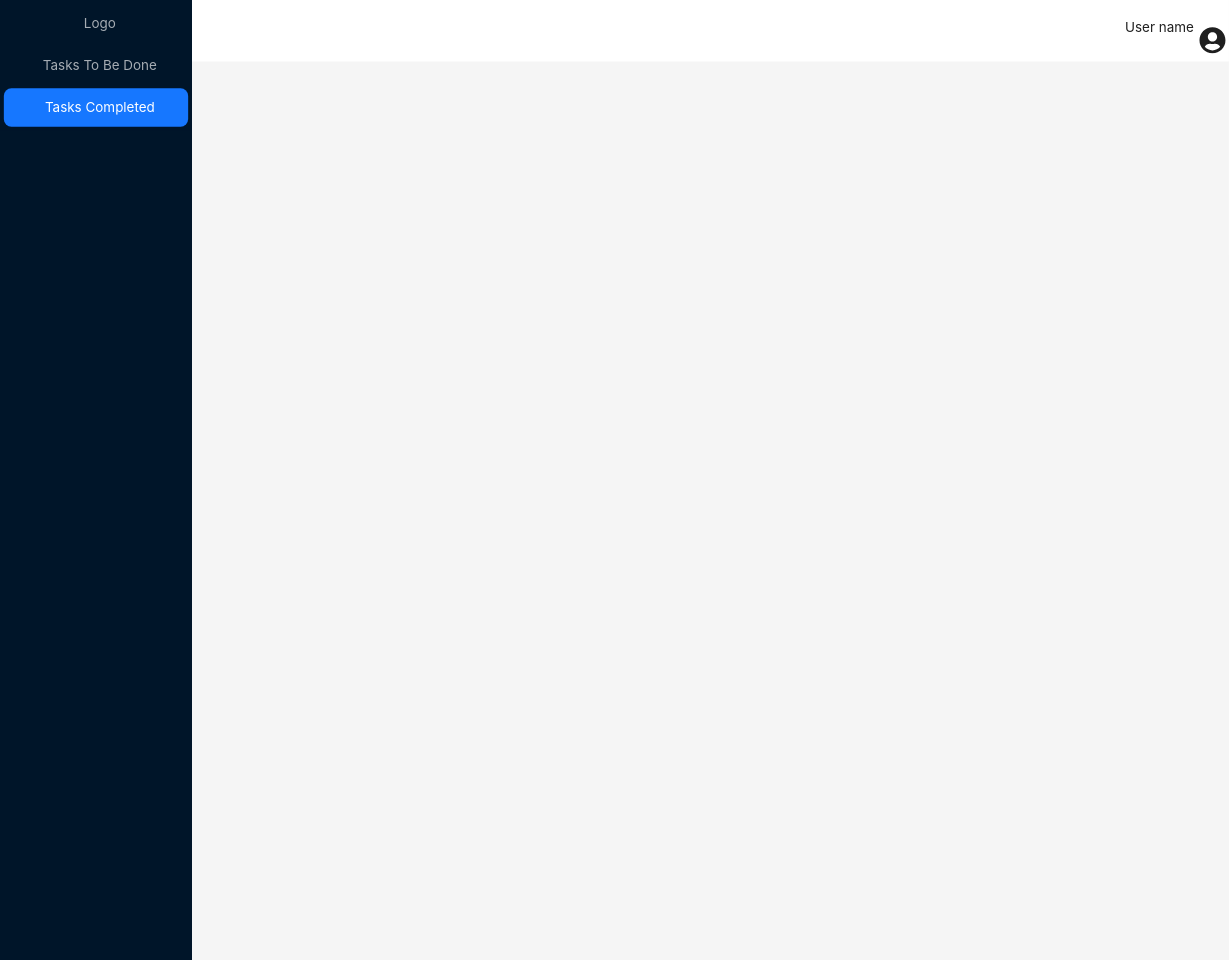
Repository: runner855/todolist_new
Page: /
The author's editor kept a copy of each file at every save. The page is drawn from the files as they stood at one save, then again after the next save.
The browser window is 1280 px wide. The pictures show the whole page, at 96% of full size.
The project was rebuilt for these pictures with package versions that can differ from the ones it lists, and the page was loaded fresh each time.

Above is the page before, as saved 2023-03-19 17:25:33.

After the next save:
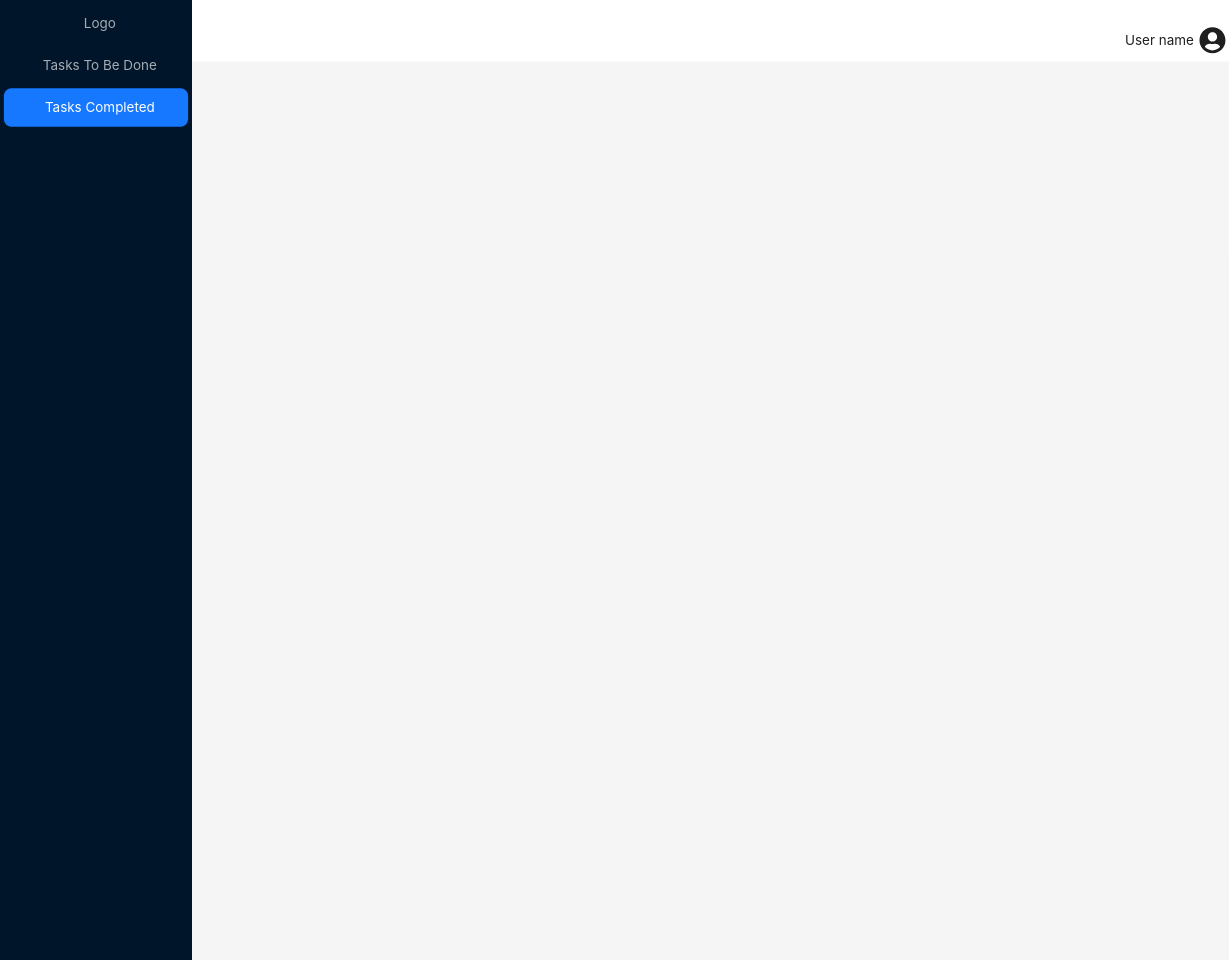
Saved 4 s later.
--- a/src/components/NavBar/NavBar.css
+++ b/src/components/NavBar/NavBar.css
@@ -24,5 +24,5 @@ li {
 }
 
 .user_text {
-  line-height: 2;
+  line-height: 4;
 }
